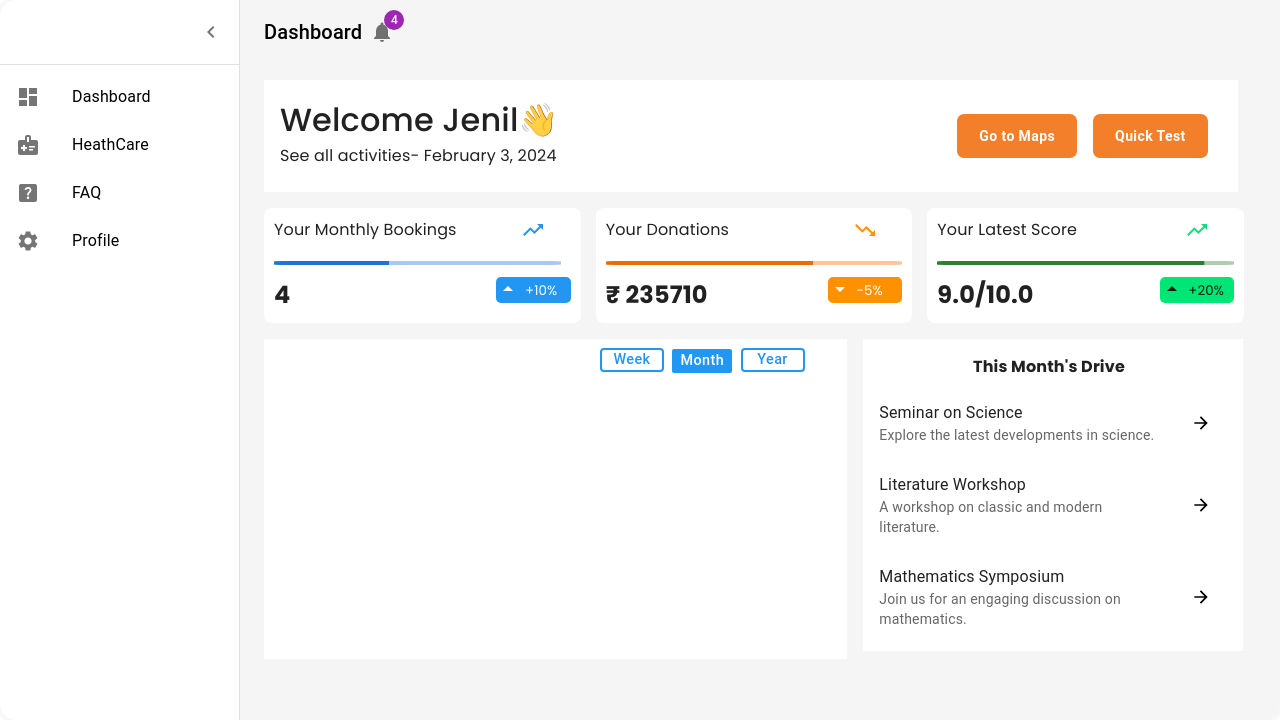
Repository: shubhampirate/Google_Solutions_Edural
Page: /dashboard
These files come from the project's save history. The page is drawn as it stood at one moment and after the next save; the edit follows.
The browser window is 1280 px wide. The pictures show the whole page.
The page's requests for data from a server got no answer. The project was rebuilt for these pictures with package versions that can differ from the ones it lists, and the page was loaded fresh each time. Some packages were replaced by stand-ins written for this rebuild. No one was signed in, and anything a server would have sent is missing. Also part of the build but not shown: src/Components/Navbar.jsx, src/Components/Footer.jsx, src/Components/CongratsCard.jsx, src/pages/Hero/Hero.jsx, src/pages/Sign_in.jsx.

Above is the page before, as saved 2024-02-03 18:31:38.

### src/index.js
import React from "react";
import ReactDOM from "react-dom/client";
import "./index.css";
import { GoogleOAuthProvider } from '@react-oauth/google';
import App from "./App";
import { BrowserRouter } from "react-router-dom";
const root = ReactDOM.createRoot(
    document.getElementById("root"));
root.render(
    <BrowserRouter>
<GoogleOAuthProvider clientId="730379698185-cv7a59sok9sod43v04ee6g6pt4gtaea2.apps.googleusercontent.com">
        {/* <React.StrictMode> */}
            <App />
        {/* </React.StrictMode> */}
    </GoogleOAuthProvider>
    </BrowserRouter>

);

### src/App.jsx
import Hero from "./pages/Hero/Hero";
import Dashboard from "./pages/Dashboard/Dashboard";
import SignIn from "./pages/Sign_in";
import {useState} from "react";
import { Route, Routes } from "react-router-dom";
function App() {
  return (
    <>
      {/* <Hero />   */}
      {/* <SignIn /> */}
      <Routes>
        <Route path="/signin" element={<><SignIn /></>} />
        <Route path="/dashboard" element={<><Dashboard /></>} />
        {/* <Route path="/education" element={<><Education /></>} /> */}
        {/* <Route path="/health" element={<><Health /></>} /> */}
        {/* <Route path="/profile" element={<><Profile /></>} /> */}
        {/* <Route path="/finance" element={<><Finance /></>} /> */}
        {/* <Route path="/questions" element={<><Questions /></>} /> */}
        {/* <Route path="/retireaibot" element={<><Bot /></>} /> */}
        <Route path="/" element={<><Hero /></>} />
      </Routes>
         </>
  );
}

export default App;

### src/pages/Dashboard/Dashboard.jsx
    import * as React from 'react';
    import { styled, createTheme, ThemeProvider } from '@mui/material/styles';
    import CssBaseline from '@mui/material/CssBaseline';
    import MuiDrawer from '@mui/material/Drawer';
    import Box from '@mui/material/Box';
    import MuiAppBar from '@mui/material/AppBar';
    import Toolbar from '@mui/material/Toolbar';
    import { LinearProgress, ListItem,  ListItemText,ListItemButton } from '@mui/material';
    import TrendingUpIcon from '@mui/icons-material/TrendingUp';
    import TrendingDownIcon from '@mui/icons-material/TrendingDown';
    import List from '@mui/material/List';
    import Divider from '@mui/material/Divider';
    import IconButton from '@mui/material/IconButton';
    import ArrowDropUpIcon from '@mui/icons-material/ArrowDropUp';
    import ArrowDropDownIcon from '@mui/icons-material/ArrowDropDown';
    import Grid from '@mui/material/Grid';
    import MenuIcon from '@mui/icons-material/Menu';
    import ChevronLeftIcon from '@mui/icons-material/ChevronLeft';
    import { mainListItems } from '../../Components/listItems';
    import axios from 'axios';
    import Button from '@mui/material/Button';
    import Swal from 'sweetalert2';
    import { useState } from 'react';
    import { useEffect } from 'react';
    import CustomButton from "../../Components/CustomButton";
    import ArrowForwardIcon from '@mui/icons-material/ArrowForward';
    // import { Bar } from "react-chartjs-2";
    // import { BarElement, CategoryScale, Chart as ChartJS, Legend, LinearScale, Title, Tooltip } from "chart.js";
    // import GoogleTranslateComponent from '../../Components/GoogleTranslateComponent';
    // ChartJS.register(CategoryScale, LinearScale, BarElement, Title, Tooltip, Legend);
    import NotificationsIcon from '@mui/icons-material/Notifications';
    import Badge from '@mui/material/Badge';
    import Typography from '@mui/material/Typography';

    const drawerWidth = 240;

    const AppBar = styled(MuiAppBar, {
    shouldForwardProp: (prop) => prop !== 'open',
    })(({ theme, open }) => ({
    zIndex: theme.zIndex.drawer + 1,
    transition: theme.transitions.create(['width', 'margin'], {
        easing: theme.transitions.easing.sharp,
        duration: theme.transitions.duration.leavingScreen,
    }),
    ...(open && {
        marginLeft: drawerWidth,
        width: `calc(100% - ${drawerWidth}px)`,
        transition: theme.transitions.create(['width', 'margin'], {
        easing: theme.transitions.easing.sharp,
        duration: theme.transitions.duration.enteringScreen,
        }),
    }),
    }));

    const Drawer = styled(MuiDrawer, { shouldForwardProp: (prop) => prop !== 'open' })(
    ({ theme, open }) => ({
        '& .MuiDrawer-paper': {
        position: 'relative',
        whiteSpace: 'nowrap',
        width: drawerWidth,
        transition: theme.transitions.create('width', {
            easing: theme.transitions.easing.sharp,
            duration: theme.transitions.duration.enteringScreen,
        }),
        boxSizing: 'border-box',
        ...(!open && {
            overflowX: 'hidden',
            transition: theme.transitions.create('width', {
            easing: theme.transitions.easing.sharp,
            duration: theme.transitions.duration.leavingScreen,
            }),
            width: theme.spacing(7),
            [theme.breakpoints.up('sm')]: {
            width: theme.spacing(9),
            },
        }),
        },
    }),
    );
    const educationEvents = [
        { id: 1, name: 'Seminar on Science', description: 'Explore the latest developments in science.' },
        { id: 2, name: 'Literature Workshop', description: 'A workshop on classic and modern literature.' },
        { id: 3, name: 'Mathematics Symposium', description: 'Join us for an engaging discussion on mathematics.' },
      ];
    var currentDate = new Date();

    var months = [
    "January", "February", "March", "April", "May", "June",
    "July", "August", "September", "October", "November", "December"
    ];

    var formattedDate = months[currentDate.getMonth()] + " " + currentDate.getDate() + ", " + currentDate.getFullYear();

    const defaultTheme = createTheme();

    export default function Dashboard() {
    const [open, setOpen] = React.useState(true);
    const toggleDrawer = () => {
        setOpen(!open);
    };

    const [expensedata, setExpensedata] = useState([])

    useEffect(() => {
        loadList();
    }, []);


    const loadList = async () => {
        const result = await axios.get(`https://wixstocle.pythonanywhere.com/api/expense/`, {
        headers: { "Authorization": `Token 11c868750d92deda81638c5a9a59177bdc7ae41a` },
        });
        console.log(result.data.data);
        setExpensedata(result.data.data);
    }

    const getLabels = () => expensedata.slice(-5).map(data => data.date);

    const getData = (key) => expensedata.slice(-5).map(data => data[key]);

    const optionsexpense = {
        indexAxis: 'x',
        elements: {
        bar: {
            borderWidth: 0,
        },
        },
        responsive: true,
        interaction: {
        mode: 'index',
        intersect: false,
        },
        scales: {
        x: {
            stacked: false,
        },
        y: {
            stacked: false,
        },
        },
        plugins: {
        legend: {
            position: 'top',
        }
        },
    };

    const dataexpense = {
        labels: getLabels(),
        datasets: [
        {
            label: 'Revenue',
            data: getData('income'),
            backgroundColor: '#2196f3',
        },
        {
            label: 'Spendings',
            data: getData('expense'),
            backgroundColor: '#ff9100',
        },
        {
            label: 'Savings',
            data: getData('savings'),
            backgroundColor: '#00e676',
        },
        ],
    };

    const today = new Date();
    const year = today.getFullYear();
    const month = String(today.getMonth() + 1).padStart(2, '0'); // Months are zero-based
    const day = String(today.getDate()).padStart(2, '0');

    const todayDate = `${year}-${month}-${day}`;

    const [userData, setUserData] = React.useState({
        income: '',
        savings: '',
        expense: '',
        date: todayDate,
        user: "tony@gmail.com"
    });

    const handleChangePlan = (field, value) => {
        setUserData((prevData) => ({ ...prevData, [field]: value }));
    };
    const creditscore = 87.4;

    const handlePostData = () => {
        console.log(userData);
        fetch(`https://wixstocle.pythonanywhere.com/api/expense/`, {
        method: 'POST',
        headers: {
            "Authorization": `Token 11c868750d92deda81638c5a9a59177bdc7ae41a`,
            'Content-Type': 'application/json',
        },
        body: JSON.stringify(userData),
        })
        .then((response) => response.json())
        .then((data) => {
            // console.log(data);
            if (data.status == true) {
            Swal.fire({
                icon: 'success',
                title: 'Successfully Saved the details',
                showConfirmButton: false,
                timer: 3000
            })
            setExpensedata([...expensedata, userData]);
            }
            else {
            Swal.fire({
                icon: 'error',
                title: data.message,
                showConfirmButton: false,
                timer: 3000
            })
            }
        });
    };

    const [checked, setChecked] = React.useState([1]);

    const handleToggle = (value) => () => {
        const currentIndex = checked.indexOf(value);
        const newChecked = [...checked];

        if (currentIndex === -1) {
        newChecked.push(value);
        } else {
        newChecked.splice(currentIndex, 1);
        }

        setChecked(newChecked);
    };
    return (
        <ThemeProvider theme={defaultTheme}>
        <Box sx={{ display: 'flex', borderRadius: '16px', overflow: 'hidden', boxShadow: '0px 0px 10px rgba(0, 0, 0, 0.1)' }} >
            <CssBaseline />
            <AppBar position="absolute" open={open} sx={{ backgroundColor: "whitesmoke", boxShadow: 'none' }}>
            <Toolbar
                sx={{
                pr: '24px', // keep right padding when drawer closed
                display: 'flex',
                alignItems: 'center',
                justifyContent: 'space-between',
                }}>
                <Box sx={{ display: 'flex', alignItems: 'center' }}>
                <IconButton
                    edge="start"
                    aria-label="open drawer"
                    onClick={toggleDrawer}
                    sx={{
                    marginRight: '36px',
                    ...(open && { display: 'none' }),
                    backgroundColor: "#fff"
                    }}>
                    <MenuIcon />
                </IconButton>
                <Typography
              component="h1"
              variant="h6"
              color="black"
              noWrap
              sx={{ flexGrow: 1 }}
            >
              Dashboard
            </Typography>
            <IconButton color="black">
              <Badge badgeContent={4} color="secondary">
                <NotificationsIcon />
              </Badge>
            </IconButton>
                </Box>
            </Toolbar>
            </AppBar>
            <Drawer variant="permanent" open={open}>
            <Toolbar
                sx={{
                display: 'flex',
                alignItems: 'center',
                justifyContent: 'flex-end',
                px: [1],
                }}
            >
                {/* <GoogleTranslateComponent /> */}
                <IconButton onClick={toggleDrawer}>
                <ChevronLeftIcon />
                </IconButton>
            </Toolbar>
            <Divider />
            <List component="nav">
                {mainListItems}
            </List>
            </Drawer>
            <Box
            component="main"
            sx={{
                backgroundColor: (theme) =>
                theme.palette.mode === 'light'
                    ? theme.palette.grey[100]
                    : theme.palette.grey[900],
                flexGrow: 1,
                height: '100vh',
                overflow: 'auto',
            }}>
            <Toolbar />

            <div>
        <Grid container spacing={2} marginTop="1rem" paddingLeft={5}>
            <Grid item xs={12} sm={8}  style={{ backgroundColor: "white",paddingBottom: "1.5rem" }} >
            <div style={{ fontSize: '2rem', fontWeight: '500'}}>Welcome Jenil👋</div>
            <div>See all activities- {formattedDate}</div>
            </Grid>
            <Grid item xs={12} sm={3.5}  display="flex" justifyContent="flex-center" alignItems="center" style={{ backgroundColor: "white", paddingBottom: "1rem"}}>
            <Box
        sx={{
          display: "flex",
          alignItems: "center",
          justifyContent: "center",
          gap: "1rem",
        }}
      >
        <CustomButton
          backgroundColor="#F47F2A"
          color="#fff"
          buttonText="Go to Maps"

        />
        <CustomButton
          backgroundColor="#F47F2A"
          color="#fff"
          buttonText="Quick Test"

        />
      </Box>
            </Grid>
        </Grid>
        </div>

            <Grid container spacing={2} marginTop="1rem" paddingLeft={5} paddingRight={2}>
                <Grid item xs={12} md={3.8} style={{ backgroundColor: "white", padding: "10px", marginRight: "15px", borderRadius: "0.5rem" }}>
                <Grid item xs={12}>
                    <Grid container>
                    <Grid item xs={10}><div>Your Monthly Bookings</div></Grid>
                    <Grid item xs={2}><TrendingUpIcon sx={{ color: "#2196f3" }} /></Grid>
                    </Grid>
                    <Grid item xs={12}>
                    <LinearProgress variant="determinate" value={40} sx={{ color: "#2196f3", borderRadius: "10%", margin: "12px 10px 12px 0px" }} />
                    </Grid>
                    <Grid item xs={12}>
                    <Grid container>
                        <Grid item xs={9}>
                        <div style={{ fontSize: "1.5rem", fontWeight: "550" }}> 4</div>
                        </Grid>
                        <Grid item xs={3} style={{ backgroundColor: "#2196f3", color: "white", borderRadius: "5px", height: "1.65rem" }}>
                        <ArrowDropUpIcon /> <sup>+10%</sup>
                        </Grid>
                    </Grid>
                    </Grid>
                </Grid>
                </Grid>
                <Grid item xs={12} md={3.8} style={{ backgroundColor: "white", padding: "10px", marginRight: "15px", borderRadius: "0.5rem" }}>
                <Grid item xs={12}>
                    <Grid container>
                    <Grid item xs={10}><div>Your Donations</div></Grid>
                    <Grid item xs={2}><TrendingDownIcon sx={{ color: "#ff9100" }} /></Grid>
                    </Grid>
                    <Grid item xs={12}>
                    <LinearProgress variant="determinate" value={70} color='warning' sx={{ borderRadius: "10%", margin: "12px 0px" }} />
                    </Grid>
                    <Grid item xs={12}>
                    <Grid container>
                        <Grid item xs={9}>
                    <div style={{ fontSize: "1.5rem", fontWeight: "550" }}>₹ 235710</div>
                        </Grid>
                        <Grid item xs={3} style={{ backgroundColor: "#ff9100", color: "white", borderRadius: "5px", height: "1.65rem" }}>
                        <ArrowDropDownIcon /> <sup>-5%</sup>
                        </Grid>
                    </Grid>
                    </Grid>
                </Grid>
                </Grid>
                <Grid item xs={12} md={3.8} style={{ backgroundColor: "white", padding: "10px", marginRight: "15px", borderRadius: "0.5rem" }}>
                <Grid item xs={12}>
                    <Grid container>
                    <Grid item xs={10}><div>Your Latest Score</div></Grid>
                    <Grid item xs={2}><TrendingUpIcon sx={{ color: "#00e676" }} /></Grid>
                    </Grid>
                    <Grid item xs={12}>
                    <LinearProgress variant="determinate" value={90} color="success" style={{ borderRadius: "10%", margin: "12px 0px" }} />
                    </Grid>
                    <Grid item xs={12}>
                    <Grid container>
                        <Grid item xs={9}>
    <div style={{ fontSize: "1.5rem", fontWeight: "550" }}> 9.0/10.0</div>
                        </Grid>
                        <Grid item xs={3} style={{ backgroundColor: "#00e676", borderRadius: "5px", height: "1.65rem" }}>
                        <ArrowDropUpIcon /> <sup>+20%</sup>
                        </Grid>
                    </Grid>
                    </Grid>
                </Grid>
                </Grid>

            </Grid>
            <Grid container spacing={2} marginTop="1rem" paddingLeft={5} paddingRight={2} marginBottom={2}>
                <Grid item xs={7} sx={{ backgroundColor: "white", padding: "5px", marginRight: "1rem" }}>
                <Grid container spacing={2} padding={1}>
                    <Grid xs={7}></Grid>
                    <Grid xs={1.5}><Button style={{
                    borderColor: "#2196f3", color: "#2196f3", height: "1.5rem", textTransform: "capitalize",
                    fontSize: "0.9rem", border: "2px solid", textAlign: "left"
                    }}>Week</Button></Grid>
                    <Grid xs={1.5}><Button style={{
                    backgroundColor: "#2196f3", color: "white", height: "1.75rem", textTransform: "capitalize",
                    fontSize: "0.9rem", border: "2px solid", textAlign: "left"
                    }}>Month</Button></Grid>
                    <Grid xs={1}><Button style={{
                    borderColor: "#2196f3", color: "#2196f3", height: "1.5rem", textTransform: "capitalize",
                    fontSize: "0.9rem", border: "2px solid", textAlign: "left"
                    }}>Year</Button></Grid>
                    <Grid xs={12} marginTop={2}>
                    {/* <Bar options={optionsexpense} data={dataexpense} /> */}
                    </Grid>
                </Grid>
                </Grid>
                <Grid item xs={12} md={4.75} >
                <Grid container spacing={2} >

                    <Grid item xs={11.5}>
                    <Grid container spacing={2} sx={{ backgroundColor: "white", marginBottom: "0.5rem" }}>
                        <Grid item xs={12} style={{ textAlign: "center", marginLeft: "-0.75rem", fontWeight: "600" }}>This Month's Drive</Grid>
                        <List sx={{ width: '100%', bgcolor: 'background.paper' }}>
      {educationEvents.map((event) => (
        <ListItem key={event.id} disablePadding>
          <ListItemButton role={undefined}>
            <ListItemText primary={event.name} secondary={event.description} />
            <Button endIcon={<ArrowForwardIcon sx={{ color: 'black' }}/>} color="primary">
              {/* View More */}
            </Button>
          </ListItemButton>
        </ListItem>
      ))}
    </List>
                    </Grid>
                    </Grid>
                </Grid>
                </Grid>
            </Grid>

            </Box>
        </Box >
        </ThemeProvider >
    );
    }

### src/Components/CustomButton.jsx
import { Button, styled } from "@mui/material";
import React from "react";

const CustomButton = ({
  backgroundColor,
  color,
  buttonText,
  heroBtn,
  guideBtn,
  getStartedBtn,
}) => {
  const CustomButton = styled(Button)(({ theme }) => ({
    backgroundColor: backgroundColor,
    color: color,
    fontWeight: "700",
    fontSize: "14px",
    cursor: "pointer",
    padding: "0.5rem 1.25rem",
    borderRadius: "7px",
    textTransform: "none",
    display: "block",
    border: "2px solid transparent",
    "&:hover": {
      backgroundColor: color,
      color: backgroundColor,
      borderColor: backgroundColor,
    },
    [theme.breakpoints.down("md")]: {
      margin: (heroBtn || getStartedBtn) && theme.spacing(0, "auto", 3, "auto"),
      width: (heroBtn || getStartedBtn) && "90%",
    },
    [theme.breakpoints.down("sm")]: {
      marginTop: guideBtn && theme.spacing(3),
      width: guideBtn && "90%",
    },
  }));

  return <CustomButton>{buttonText}</CustomButton>;
};

export default CustomButton;

### src/Components/listItems.jsx
import * as React from 'react';
import ListItemButton from '@mui/material/ListItemButton';
import ListItemIcon from '@mui/material/ListItemIcon';
import ListItemText from '@mui/material/ListItemText';
import DashboardIcon from '@mui/icons-material/Dashboard';
import MedicalInformationIcon from '@mui/icons-material/MedicalInformation';
import SavingsIcon from '@mui/icons-material/Savings';
import SchoolIcon from '@mui/icons-material/School';
import HelpCenterIcon from '@mui/icons-material/HelpCenter';
import SettingsIcon from '@mui/icons-material/Settings';
import SmartToyIcon from '@mui/icons-material/SmartToy';
import { Link } from 'react-router-dom';
// import GoogleTranslateComponent from './GoogleTranslateComponent';


export const mainListItems = (
  <>
    <React.Fragment>
      <Link to="/dashboard" style={{ textDecoration: "none", color: "black" }}>
        <ListItemButton>
          <ListItemIcon>
            <DashboardIcon />
          </ListItemIcon>
          <ListItemText primary="Dashboard" />
        </ListItemButton>
      </Link>
      <Link to="/health" style={{ textDecoration: "none", color: "black" }}>
        <ListItemButton>
          <ListItemIcon>
            <MedicalInformationIcon />
          </ListItemIcon>
          <ListItemText primary="HeathCare" />
        </ListItemButton>
      </Link>
      {/* <Link to="/finance" style={{ textDecoration: "none", color: "black" }}>
        <ListItemButton>
          <ListItemIcon>
            <SavingsIcon />
          </ListItemIcon>
          <ListItemText primary="Finance Planning" />
        </ListItemButton>
      </Link> */}
      {/* <Link to="/education" style={{ textDecoration: "none", color: "black" }}>
        <ListItemButton>
          <ListItemIcon>
            <SchoolIcon />
          </ListItemIcon>
          <ListItemText primary="Educational Service" />
        </ListItemButton>
      </Link> */}
      <Link to="/questions" style={{ textDecoration: "none", color: "black" }}>
        <ListItemButton>
          <ListItemIcon>
            <HelpCenterIcon />
          </ListItemIcon>
          <ListItemText primary="FAQ" />
        </ListItemButton>
      </Link>
      <Link to="/profile" style={{ textDecoration: "none", color: "black" }}>
        <ListItemButton>
          <ListItemIcon>
            <SettingsIcon />
          </ListItemIcon>
          <ListItemText primary="Profile" />
        </ListItemButton>
      </Link>
      {/* <Link to="/retireaibot" style={{ textDecoration: "none", color: "black" }}>
        <ListItemButton>
          <ListItemIcon>
            <SmartToyIcon />
          </ListItemIcon>
          <ListItemText primary="Retire AI Bot" />
        </ListItemButton>
      </Link> */}
    </React.Fragment >
  </>
);

// export const secondaryListItems = (
//   <React.Fragment>
//     <ListSubheader component="div" inset>
//       Saved reports
//     </ListSubheader>
//     <ListItemButton>
//       <ListItemIcon>
//         <AssignmentIcon />
//       </ListItemIcon>
//       <ListItemText primary="Current month" />
//     </ListItemButton>
//     <ListItemButton>
//       <ListItemIcon>
//         <AssignmentIcon />
//       </ListItemIcon>
//       <ListItemText primary="Last quarter" />
//     </ListItemButton>
//     <ListItemButton>
//       <ListItemIcon>
//         <AssignmentIcon />
//       </ListItemIcon>
//       <ListItemText primary="Year-end sale" />
//     </ListItemButton>
//   </React.Fragment>
// );

Loaded but not shown: public/index.html (common file); src/index.css (common file)

After the next save:
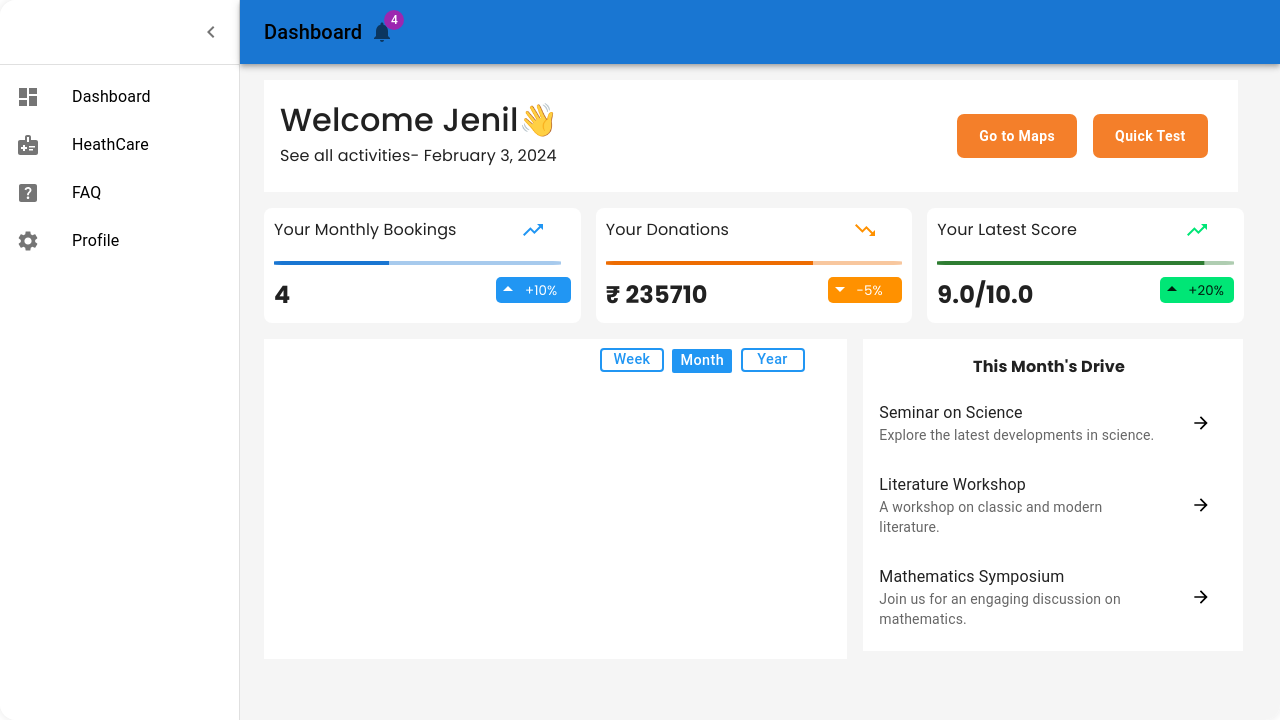
Saved 26 s later.
--- a/src/pages/Dashboard/Dashboard.jsx
+++ b/src/pages/Dashboard/Dashboard.jsx
@@ -237,7 +237,7 @@
         <ThemeProvider theme={defaultTheme}>
         <Box sx={{ display: 'flex', borderRadius: '16px', overflow: 'hidden', boxShadow: '0px 0px 10px rgba(0, 0, 0, 0.1)' }} >
             <CssBaseline />
-            <AppBar position="absolute" open={open} sx={{ backgroundColor: "whitesmoke", boxShadow: 'none' }}>
+            <AppBar position="absolute" open={open} >
             <Toolbar
                 sx={{
                 pr: '24px', // keep right padding when drawer closed
